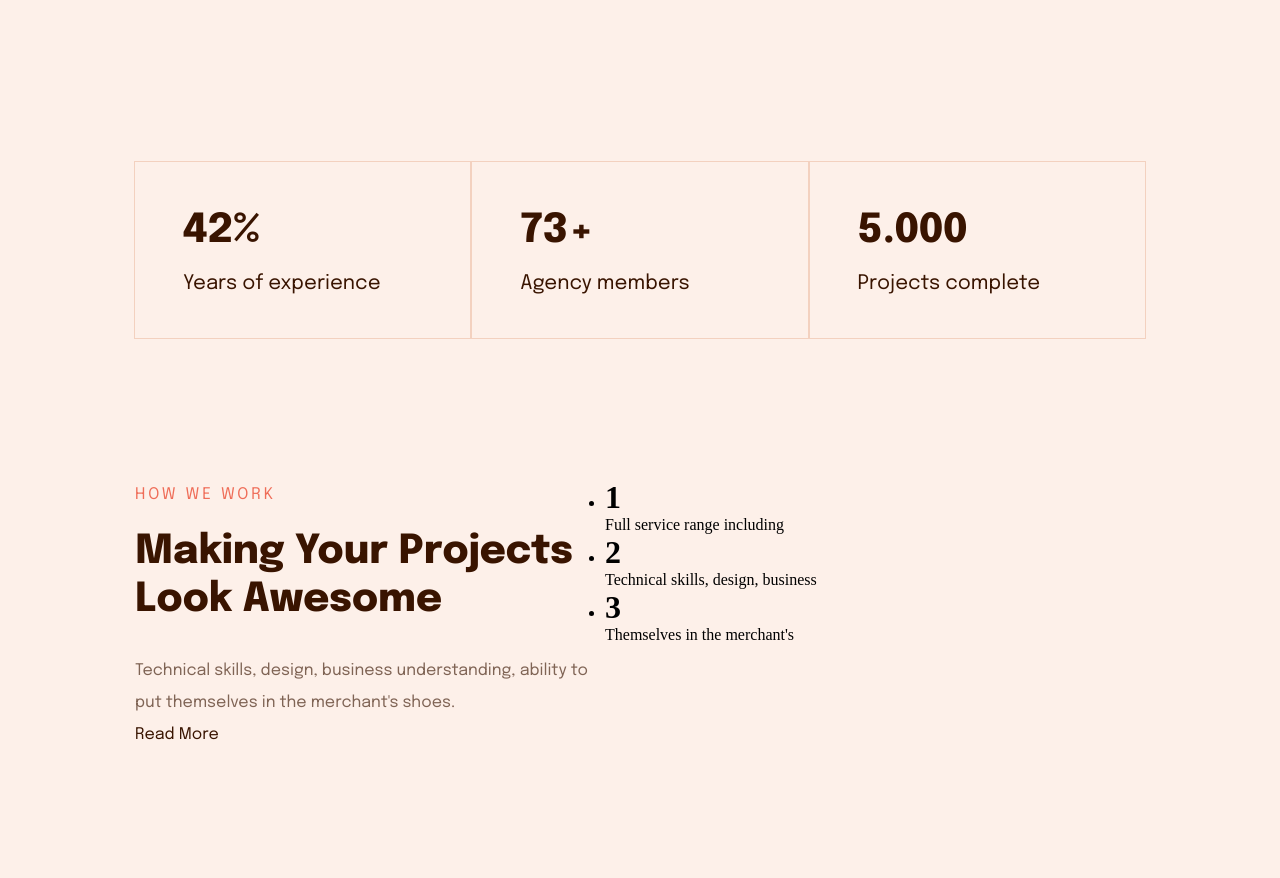
Repository: MehdiKerimov/Figma-task-7
Page: index.html
These files come from the project's save history. The page is drawn as it stood at one moment and after a run of saves; the edit follows.
The browser window is 1280 px wide. The pictures show the whole page.

Above is the page before, as saved 2023-08-30 12:15:43.

### index.html
<!DOCTYPE html>
<html lang="en">

<head>
    <meta charset="UTF-8">
    <meta name="viewport" content="width=device-width, initial-scale=1.0">
    <title>Document</title>
    <link rel="stylesheet" href="index.css">
</head>

<body>
    <div class="container">
        <div class="container-1">
            <ul>

                    <li>
                        <h1>42%</h1>
                        <p>Years of experience</p>
                    </li>


                    <li>
                        <h1>73+</h1>
                        <P>Agency members</P>
                    </li>


                    <li>
                        <h1>5.000</h1>
                        <p>Projects complete</p>
                    </li>

            </ul>
        </div>
        <div class="container-2">
            <div class="text-container">
                <h1>How we work</h1>
                <h2>Making Your Projects Look Awesome</h2>
                <p>Technical skills, design, business understanding, ability to put themselves in the merchant's shoes.</p>
                <a href="">Read More</a>
            </div>
            <ul>
               <li>
                <h1>1</h1>
                <p>Full service range including</p>
               </li>
               <li>
                <h1>2</h1>
                <p>Technical skills, design, business</p>
               </li>
               <li>
                <h1>3</h1>
                <p>Themselves in the merchant's</p>
               </li>
            </ul>

        </div>
    </div>


</body>

</html>

### index.css
@import url("https://fonts.googleapis.com/css2?family=Epilogue:wght@400;800&display=swap");
* {
  padding: 0;
  margin: 0;
  box-sizing: border-box;
}
.container {
  background: #fdf0e9;
  min-height: 100vh;
}
.container-1 {
  padding: 161px 134px 140px 134px;
}

.container-1 .box-1 {
  width: 391px;
  height: 176px;
  border-radius: 6px 0px 0px 6px;
}
.container-1 ul {
  display: flex;
}
.container-1 ul li {
  list-style-type: none;
  width: 33.33%;
  border: 1px solid #f3d1bf;
  padding: 45px 0 38px 48px;
}
.container-1 ul li h1 {
  color: var(--text-dark, #391400);
  font-feature-settings: "clig" off, "liga" off;
  font-family: Epilogue;
  font-size: 40px;
  font-style: normal;
  font-weight: 800;
  line-height: 48px;
}
.container-1 ul li p {
  margin-top: 13px;
  color: var(--text-dark, #391400);
  font-feature-settings: "clig" off, "liga" off;
  font-family: Epilogue;
  font-size: 20px;
  font-style: normal;
  font-weight: 400;
  line-height: 32px;
}
.container-1 .box-1 li h1 {
  padding: 45px 0px 13px 48px;
}
.container-1 .box-1 li p {
  margin-left: 48px;
}
.container-1 .box-3 li p {
  margin-left: 48px;
  color: var(--text-dark, #391400);
  font-feature-settings: "clig" off, "liga" off;
  font-family: Epilogue;
  font-size: 20px;
  font-style: normal;
  font-weight: 400;
  line-height: 32px;
}
.container-2{
    padding: 0 203px 127px 135px;
    display: flex;
}
.container-2 .text-container h1 {
  color: var(--text-dark-accent, #ef6d58);
  font-feature-settings: "clig" off, "liga" off;
  font-family: Epilogue;
  font-size: 16px;
  font-style: normal;
  font-weight: 400;
  line-height: 32px;
  letter-spacing: 3px;
  text-transform: uppercase;
}
.container-2 .text-container h2 {
    margin-top: 17px;
    margin-bottom: 31px;
    width: 448px;
  color: var(--text-dark, #391400);
  font-feature-settings: "clig" off, "liga" off;
  font-family: Epilogue;
  font-size: 40px;
  font-style: normal;
  font-weight: 800;
  line-height: 48px;
}
.container-2 .text-container p {
    width: 470px;
  color: var(--text-dark-gray, rgba(57, 20, 0, 0.64));
  font-feature-settings: "clig" off, "liga" off;
  font-family: Epilogue;
  font-size: 16px;
  font-style: normal;
  font-weight: 400;
  line-height: 32px;
}
.container-2 .text-container a {
    margin-top: 28px;
  color: var(--text-dark, #391400);
  font-feature-settings: "clig" off, "liga" off;
  font-family: Epilogue;
  font-size: 16px;
  font-style: normal;
  font-weight: 400;
  line-height: 32px;
  text-decoration: none;
}

.container-2 ul   {

}

After the next 3 saves:
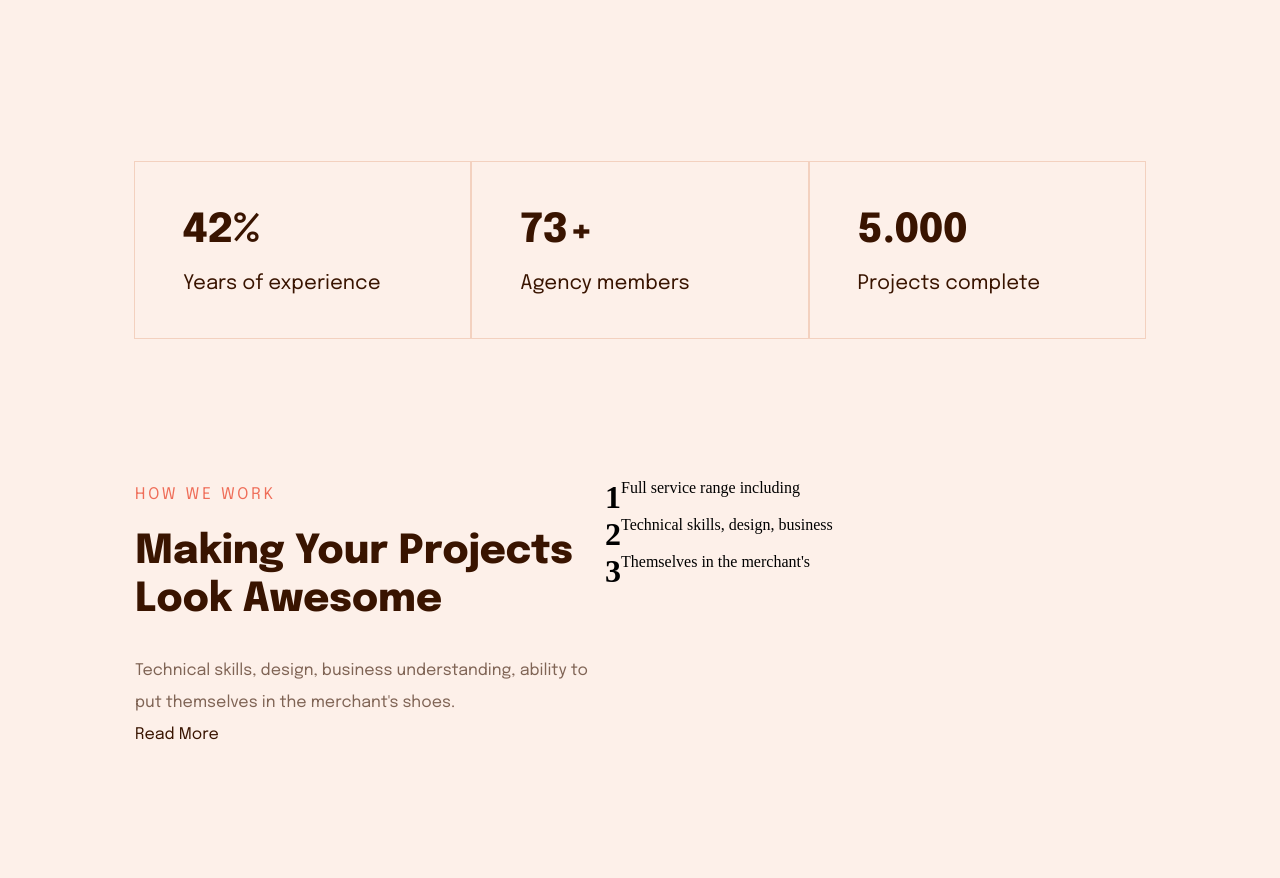
The 3 saves are shown as one change because they came seconds apart.
The last was saved 22 s later.
--- a/index.css
+++ b/index.css
@@ -110,6 +110,6 @@
   text-decoration: none;
 }
 
-.container-2 ul   {
-
+.container-2 ul li  {
+display: flex;
 }
